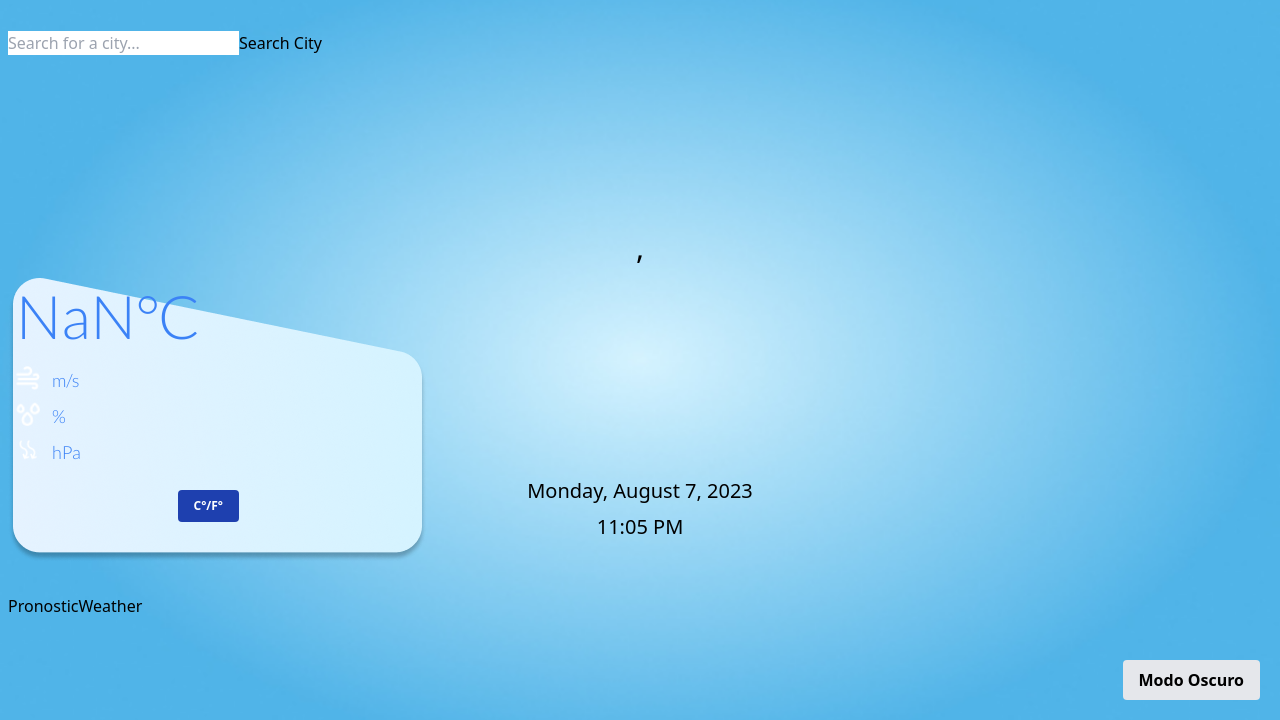
Repository: LukasMoyano/WeatherApp-_-LukasMoyano-_-V-_4.0_6.6.6
Page: /
An editor plug-in stored every save of this project. The page is shown before and after the next save, followed by the edit.
The browser window is 1280 px wide. The pictures show the whole page.
The page's requests for data from a server got no answer. The project was rebuilt for these pictures with package versions that can differ from the ones it lists, and the page was loaded fresh each time. No one was signed in, and anything a server would have sent is missing. Also part of the build but not shown: vite.config.js.

Above is the page before, as saved 2023-08-08 01:26:44.

### index.html
<!DOCTYPE html>
<html lang="en">
  <head>
    <meta charset="UTF-8" />
    <link rel="icon" type="image/png" href="thor-hammer.png">
    <meta name="viewport" content="width=device-width, initial-scale=1.0" />
    <title>WeatherApp - LukasMoyano-</title>
  </head>
  <body>
    <div id="root"></div>
    <script type="module" src="/src/main.jsx"></script>
  </body>
</html>

### src/main.jsx
import React from 'react'
import ReactDOM from 'react-dom/client'
import App from "/src/App.jsx";

ReactDOM.createRoot(document.getElementById('root')).render(
  <React.StrictMode>
    <App />
  </React.StrictMode>,
)

### src/App.jsx
import React, { useEffect, useState } from "react";
import axios from "axios";
import Weather from "./components/Weather";
import "./App.css";
import SearchBar from "./components/SearchBar";
import PronosticWeather from "./components/PronosticWeather";
import Date_Hour from "./components/Date_Hour";

function App() {
  const [weatherInfo, setWeatherInfo] = useState(null);
  const [isDarkMode, setIsDarkMode] = useState(false);

  const toggleDarkMode = () => {
    setIsDarkMode(!isDarkMode);
  };

  useEffect(() => {
    navigator.geolocation.getCurrentPosition(success);
  }, []);

  const success = (pos) => {
    const lat = pos.coords.latitude;
    const lon = pos.coords.longitude;
    const API_KEY = "f61630c5193995d939b6b8024057b009";
    const url = `https://api.openweathermap.org/data/2.5/weather?lat=${lat}&lon=${lon}&appid=${API_KEY}`;

    axios
      .get(url)
      .then(({ data }) => setWeatherInfo(data))
      .catch((err) => console.log(err));
  };

  const backgroundImage = isDarkMode
    ? "background/image002_DarkVersion.jpg"
    : "background/image001_LightVersion.jpg";

  return (
    <div className={`min-h-screen ${isDarkMode ? "dark" : ""}`}>
      <main
        className={`bg-cover bg-center min-h-screen font-lato p-2 grid grid-rows-[1fr_5fr_2fr_1fr_1fr] items-center ${
          isDarkMode ? "bg-black bg-opacity-50 text-white" : "bg-white bg-opacity-70 text-black"
        }`}
        style={{
          backgroundImage: `url(${backgroundImage})`

        }}
      >
        <SearchBar setWeatherInfo={setWeatherInfo} />
        <Weather weatherInfo={weatherInfo} isDarkMode={isDarkMode} />

        <Date_Hour isDarkMode={isDarkMode}/>

        <PronosticWeather/>
        <button
          onClick={toggleDarkMode}
          className={`absolute bottom-5 right-5 px-4 py-2 font-bold rounded ${
            isDarkMode ? "bg-gray-800 text-white" : "bg-gray-200 text-black"
          }`}
        >
          {isDarkMode ? "Modo Claro" : "Modo Oscuro"}
        </button>
      </main>
    </div>
  );
}

export default App;

### src/components/Weather.jsx
import React, { useState } from "react";

const Weather = ({ weatherInfo, isDarkMode }) => {
  const [isCelsius, setIsCelsius] = useState(true);

  const toggleTemperatureUnit = () => {
    setIsCelsius(!isCelsius);
  };

  const convertTemperature = (temperature) => {
    if (isCelsius) {
      return Math.round(temperature - 273.15) + "°C";
    } else {
      return Math.round(((temperature - 273.15) * 9) / 5 + 32) + "°F";
    }
  };

  const iconspngweathers = {
    "01n": "public/iconsweatherstates_day/01n.png",
    "02n": "public/iconsweatherstates_day/02n.png",
    "03n": "public/iconsweatherstates_day/03n.png",
    "04n": "public/iconsweatherstates_day/04n.png",
    "09n": "public/iconsweatherstates_day/09n.png",
    "10n": "public/iconsweatherstates_day/10n.png",
    "11n": "public/iconsweatherstates_day/11n.png",
    "13n": "public/iconsweatherstates_day/13n.png",
    "50n": "public/iconsweatherstates_day/50n.png",
    "01d": "public/iconsweatherstates_day/01d.png",
    "02d": "public/iconsweatherstates_day/02d.png",
    "03d": "public/iconsweatherstates_day/03d.png",
    "04d": "public/iconsweatherstates_day/04d.png",
    "09d": "public/iconsweatherstates_day/09d.png",
    "10d": "public/iconsweatherstates_day/10d.png",
    "11d": "public/iconsweatherstates_day/11d.png",
    "13d": "public/iconsweatherstates_day/13d.png",
    "50d": "public/iconsweatherstates_day/50d.png",
  };



  return (
    <main className="w-full">
      <section
        className={`relative ${
          isDarkMode ? " text-white" : " text-black"
        }`}
      >

            {/* Nombre de la Ciudad */}
            {/* País */}
            <h1 className="text-center text-3xl pb-3">
              {weatherInfo?.name}, {weatherInfo?.sys?.country}
            </h1>

        <section className="absolute">
          {isDarkMode ? (


<div>
<img
              className=""
              src="public/background_info_cads/card_image002_Dark version.png"
            />
</div>



          ) : (

            <div>
              <img
              className=""
              src="public/background_info_cads/card_image001_LightVersion.png"
            />
            </div>

          )}
        </section>

        <section className="absolute z-10 grid grid-cols-2 justify-center-items-center">
          {/* Columna Izquierda */}
          <div className="flex flex-col gap-5 p-2 text-center">
            {/* Temperatura Actual */}
            <div
              className={` font-lato font-Lato text-6xl font-light leading-23 tracking-normal text-center text-blue-500
           ${isDarkMode ? "text-white" : "text-black"}`}
            >
              {convertTemperature(weatherInfo?.main.temp)}
            </div>
            {/* Detalles del Clima */}
            <div className="font-Lato font-light text-center text-blue-500 grid grid-raws-3 gap-2">
              <div className="flex gap-3 text-lg ">
                <img
                  src="./images/wind.png"
                  alt="Wind Icon"
                  className="w-6 h-6"
                />
                {weatherInfo?.wind.speed} m/s
              </div>
              <div className="flex gap-3 text-lg">
                <img
                  src="./images/humidity.png"
                  alt="Humidity Icon"
                  className="w-6 h-6"
                />
                {weatherInfo?.main.humidity}%
              </div>
              <div className="flex gap-3 text-lg">
                <img
                  src="./images/pressure.png"
                  alt="Pressure Icon"
                  className="w-6 h-6"
                />
                {weatherInfo?.main.pressure} hPa
              </div>
            </div>

          </div>

          {/* Columna Derecha */}
          <div className="grid grid-rows-[repeat(2,auto)]  items-center w-full  text-center">
            {/* Icono del Clima */}
            {weatherInfo?.weather[0].icon && (
              <img className="w-full"
                src={`${iconspngweathers[weatherInfo?.weather[0].icon]}`}
                alt="Weather Icon"
              />
            )}
            <h3 className="">
              {weatherInfo?.weather[0].description}
            </h3>
          </div>
          {/* Botón para Alternar entre Celsius y Fahrenheit */}
          <section className="items-center mt-4 col-span-2">
            <button
              onClick={toggleTemperatureUnit}
              className={`bg-blue-800 hover:bg-blue-700 text-white font-bold py-2 px-4 rounded mx-auto block text-xs ${
                isDarkMode ? "bg-opacity-70" : "bg-opacity-100"
              }`}
            >
              C°/F°
            </button>
          </section>
        </section>
      </section>
    </main>
  );
};

export default Weather;

### src/App.css
@import url(https://fonts.googleapis.com/css?family=Lato:100,100italic,300,300italic,regular,italic,700,700italic,900,900italic);

@import url('https://fonts.googleapis.com/css2?family=Lato:wght@300;400;700&display=swap');


@import 'tailwindcss/base';
@import 'tailwindcss/components';
@import 'tailwindcss/utilities';

### src/components/SearchBar.jsx
import React, { useState, useEffect } from "react";
import axios from "axios";

const SearchBar = ({ setWeatherInfo }) => {
  const [city, setCity] = useState("");
  const [suggestedCities, setSuggestedCities] = useState([]);
  const [isFetching, setIsFetching] = useState(false);

  const API_KEY = "f61630c5193995d939b6b8024057b009";

  const handleCityChange = (event) => {
    const value = event.target.value;
    setCity(value);
    if (value) {
      fetchSuggestedCities(value);
    } else {
      setSuggestedCities([]);
    }
  };

  const fetchSuggestedCities = async (query) => {
    setIsFetching(true);
    try {
      const response = await fetch(
        `https://api.openweathermap.org/data/2.5/find?q=${query}&type=like&cnt=5&appid=${API_KEY}`
      );
      const data = await response.json();
      setSuggestedCities(data.list);
    } catch (error) {
      console.error("Error fetching suggested cities:", error);
    } finally {
      setIsFetching(false);
    }
  };

  const handleSuggestionClick = (suggestion) => {
    setCity(suggestion.name);
    setSuggestedCities([]);
  };

  const handleSearch = () => {
    if (city.trim() !== "") {
      fetchWeatherData(city);
    }
  };

  const fetchWeatherData = (city) => {
    const url = `https://api.openweathermap.org/data/2.5/weather?q=${city}&appid=${API_KEY}`;

    axios
      .get(url)
      .then(({ data }) => setWeatherInfo(data))
      .catch((err) => console.log(err));
  };

  useEffect(() => {
    const handleKeyPress = (event) => {
      if (event.key === "Enter") {
        handleSearch();
      }
    };
    window.addEventListener("keydown", handleKeyPress);
    return () => {
      window.removeEventListener("keydown", handleKeyPress);
    };
  }, [city]);

  return (
    <main>
      <label>
        <input
          type="text"
          value={city}
          placeholder="Search for a city..."
          onChange={handleCityChange}
        />
        {suggestedCities.length > 0 && (
          <ul className="suggestions">
            {suggestedCities.map((suggestion) => (
              <li
                key={suggestion.id}
                onClick={() => handleSuggestionClick(suggestion)}
              >
                {suggestion.name}, {suggestion.sys.country}
              </li>
            ))}
          </ul>
        )}
        <button onClick={handleSearch} disabled={isFetching}>
          Search City
        </button>
      </label>
    </main>
  );
};

export default SearchBar;

### src/components/PronosticWeather.jsx
import React from 'react'

const PronosticWeather = () => {
  return (
    <div>PronosticWeather</div>
  )
}

export default PronosticWeather

### src/components/Date_Hour.jsx
import React from "react";

export const Date_Hour = ({isDarkMode}) => {

  const getCurrentDateTime = () => {
    const currentDate = new Date();
    const options = {
      weekday: "long",
      day: "numeric",
      month: "long",
      year: "numeric",
    };
    const date = currentDate.toLocaleDateString(undefined, options);
    const time = currentDate.toLocaleTimeString(undefined, {
      hour: "numeric",
      minute: "numeric",
    });
    return { date, time };
  };

  const { date, time } = getCurrentDateTime();

  return (
    <div>
      {/* Mostrar la Fecha y Hora */}
      <section className="text-center mt-4">
        <p
          className={`text-xl mb-2 ${isDarkMode ? "text-white" : "text-black"}`}
        >
          {date}
        </p>
        <p className={`text-xl ${isDarkMode ? "text-white" : "text-black"}`}>
          {time}
        </p>
      </section>
    </div>
  );
};

export default Date_Hour;

### tailwind.config.js
/** @type {import('tailwindcss').Config} */
export default {
  content: [
    "./index.html",
    "./src/**/*.{js,ts,jsx,tsx}",
  ],
  theme: {
    extend: {},
    fontFamily: {
      Lato: ["Lato", "Sans-Serif"]
    }
  },
  plugins: [],

}

After the next save:
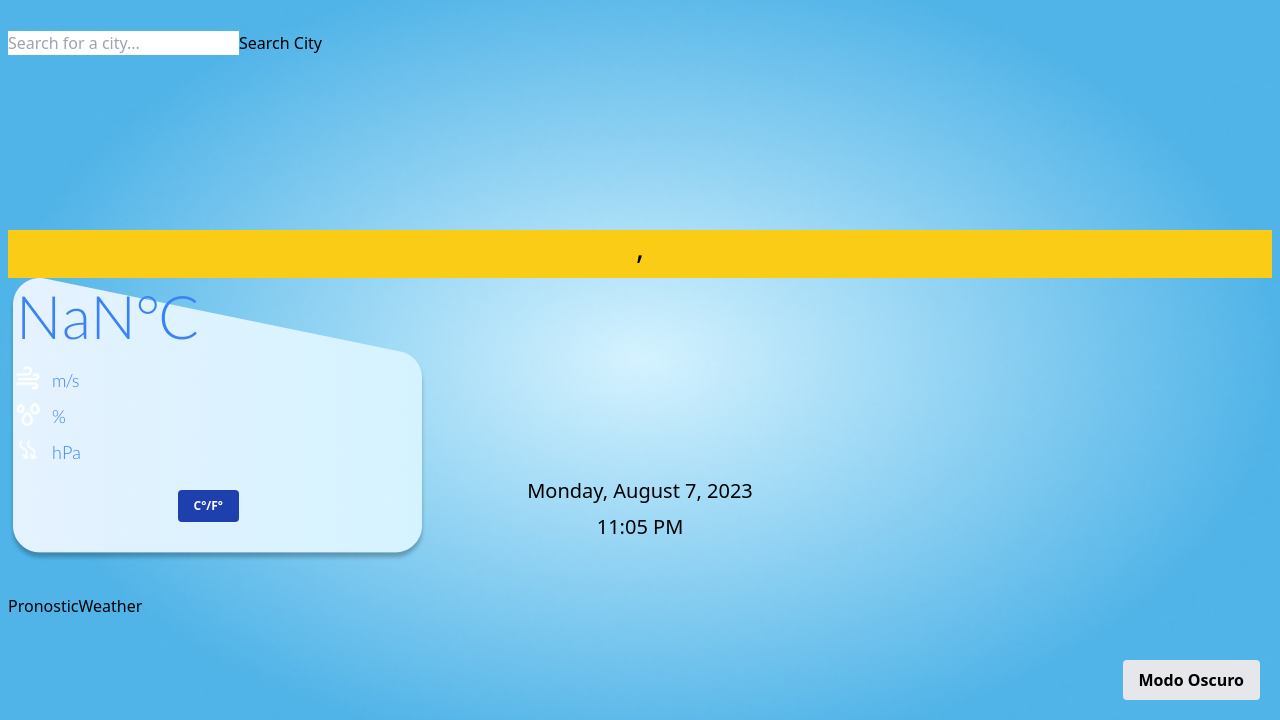
Saved 2 min 5 s later.
--- a/src/components/Weather.jsx
+++ b/src/components/Weather.jsx
@@ -36,44 +36,32 @@ const Weather = ({ weatherInfo, isDarkMode }) => {
     "50d": "public/iconsweatherstates_day/50d.png",
   };
 
-
-
   return (
-    <main className="w-full">
+    <main className="max-w-{600px} bg-yellow-400">
       <section
-        className={`relative ${
-          isDarkMode ? " text-white" : " text-black"
-        }`}
+        className={`relative ${isDarkMode ? " text-white" : " text-black"}`}
       >
-
-            {/* Nombre de la Ciudad */}
-            {/* País */}
-            <h1 className="text-center text-3xl pb-3">
-              {weatherInfo?.name}, {weatherInfo?.sys?.country}
-            </h1>
+        {/* Nombre de la Ciudad */}
+        {/* País */}
+        <h1 className="text-center text-3xl pb-3">
+          {weatherInfo?.name}, {weatherInfo?.sys?.country}
+        </h1>
 
         <section className="absolute">
           {isDarkMode ? (
-
-
-<div>
-<img
-              className=""
-              src="public/background_info_cads/card_image002_Dark version.png"
-            />
-</div>
-
-
-
-          ) : (
-
             <div>
               <img
-              className=""
-              src="public/background_info_cads/card_image001_LightVersion.png"
-            />
+                className=""
+                src="public/background_info_cads/card_image002_Dark version.png"
+              />
             </div>
-
+          ) : (
+            <div>
+              <img
+                className=""
+                src="public/background_info_cads/card_image001_LightVersion.png"
+              />
+            </div>
           )}
         </section>
 
@@ -114,21 +102,19 @@ const Weather = ({ weatherInfo, isDarkMode }) => {
                 {weatherInfo?.main.pressure} hPa
               </div>
             </div>
-
           </div>
 
           {/* Columna Derecha */}
           <div className="grid grid-rows-[repeat(2,auto)]  items-center w-full  text-center">
             {/* Icono del Clima */}
             {weatherInfo?.weather[0].icon && (
-              <img className="w-full"
+              <img
+                className="w-full"
                 src={`${iconspngweathers[weatherInfo?.weather[0].icon]}`}
                 alt="Weather Icon"
               />
             )}
-            <h3 className="">
-              {weatherInfo?.weather[0].description}
-            </h3>
+            <h3 className="">{weatherInfo?.weather[0].description}</h3>
           </div>
           {/* Botón para Alternar entre Celsius y Fahrenheit */}
           <section className="items-center mt-4 col-span-2">
